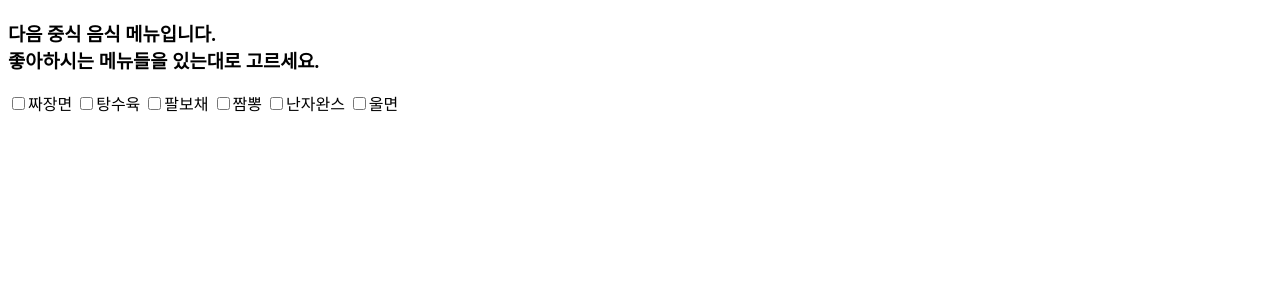
Repository: Migorithm/front_work
Page: front09_VUE/src/main/webapp/02_methods/vue06_vmodel.html
The author's editor kept a copy of each file at every save. The page is drawn from the files as they stood at one save, then again after the next save.
The browser window is 1280 px wide. The pictures show the whole page.

Above is the page before, as saved 2021-09-09 03:30:37.

After the next save:
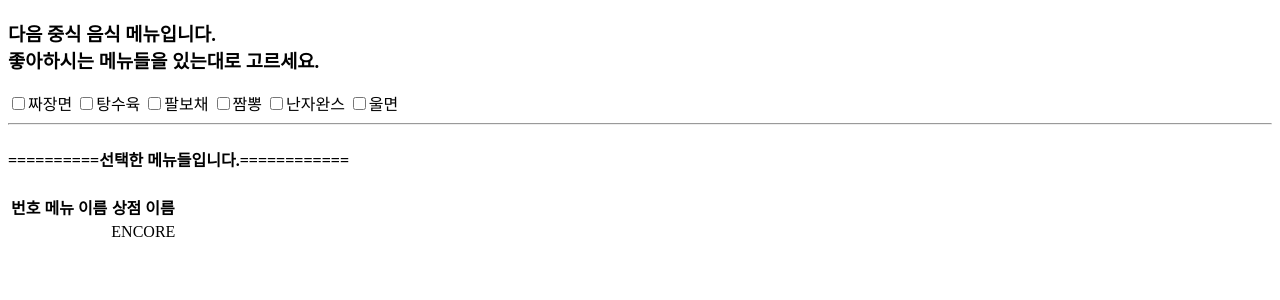
Saved 2 min 26 s later.
--- a/front09_VUE/src/main/webapp/02_methods/vue06_vmodel.html
+++ b/front09_VUE/src/main/webapp/02_methods/vue06_vmodel.html
@@ -17,6 +17,25 @@
 	<input type="checkbox" name="menu" value="짬뽕">짬뽕
 	<input type="checkbox" name="menu" value="난자완스">난자완스
 	<input type="checkbox" name="menu" value="울면">울면
+	<hr>
+	<h4>==========선택한 메뉴들입니다.============</h4>
+	<table id="list">
+		<thead>
+			<tr>
+				<th>번호</th><th>메뉴 이름</th><th>상점 이름</th>
+			</tr>
+		</thead>
+		<tbody>
+			<tr>
+				<td></td><td></td><td>ENCORE</td>
+			</tr>
+		</tbody>
+	</table>
 </div>
 </body>
+<script>
+
+
+</script>
+
 </html>
